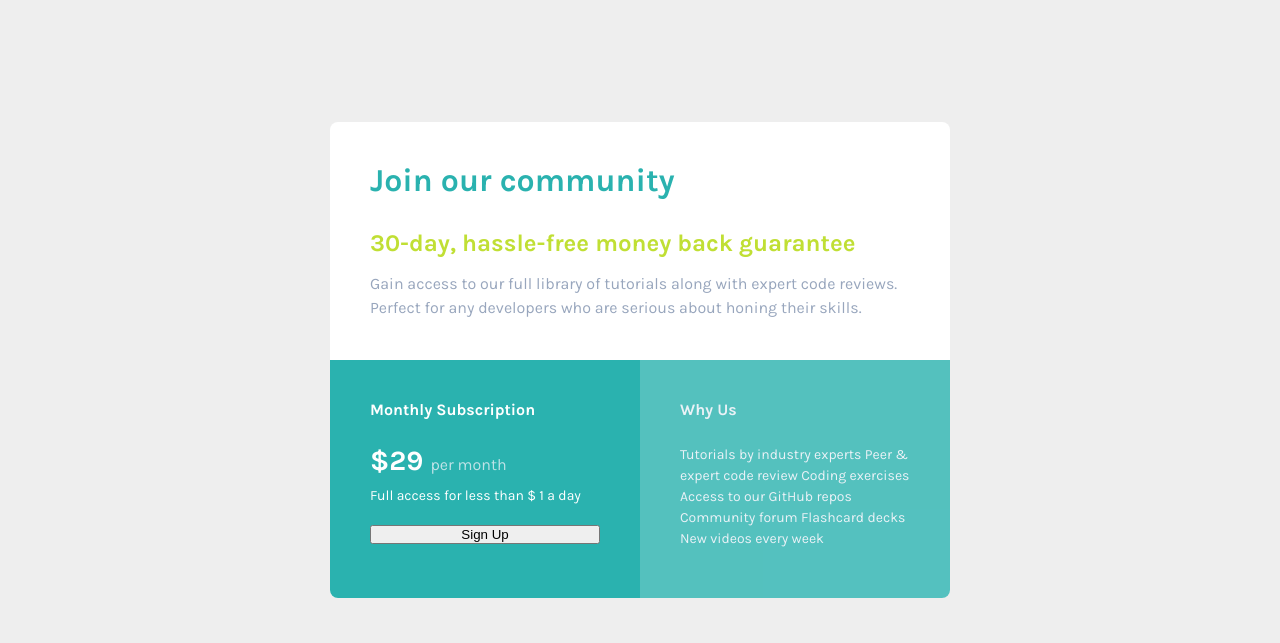
Repository: Akashiii1/WebSingleGrid_Day3
Page: index.html
An editor plug-in stored every save of this project. The page is shown before and after the next save, followed by the edit.
The browser window is 1280 px wide. The pictures show the whole page.

Above is the page before, as saved 2021-12-22 01:59:55.

After the next save:
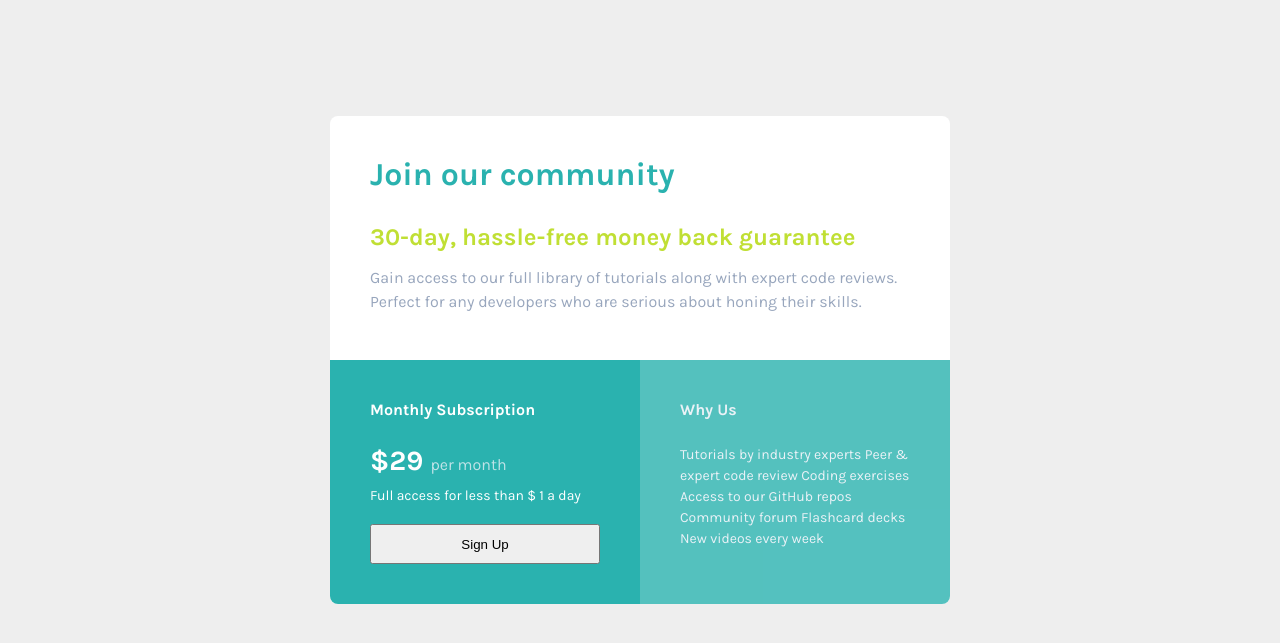
Saved 14 s later.
--- a/style.css
+++ b/style.css
@@ -125,4 +125,5 @@ body{
 }
 .btn{
   width: 100%;
+  height: 40px;
 }
